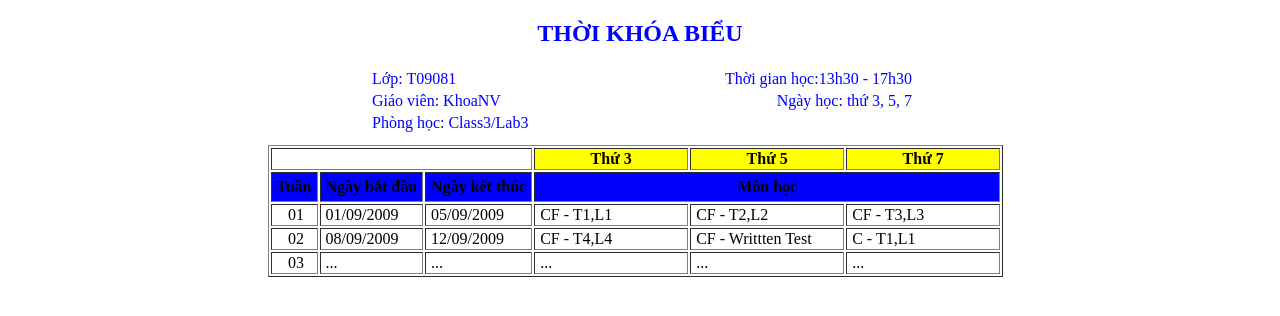
Repository: Lehuyhuynh/BT1-HTML
Page: index.html
These files come from the project's save history. The page is drawn as it stood at one moment and after the next save; the edit follows.
The browser window is 1280 px wide. The pictures show the whole page.

Above is the page before, as saved 2023-08-06 22:24:56.

After the next save:
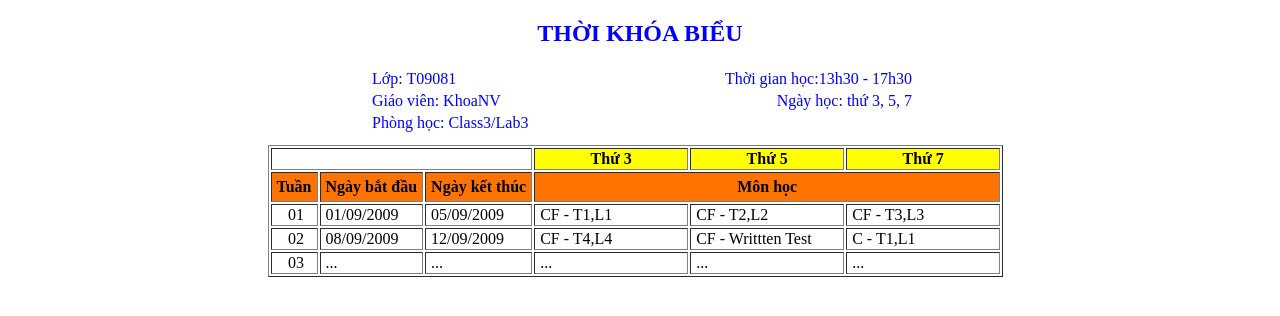
Saved 6 s later.
--- a/index.html
+++ b/index.html
@@ -76,7 +76,7 @@
             <th id="rank">Thứ 7</th>
           </tr>
 
-          <tr style="background-color: blue;">
+          <tr style="background-color: rgb(255, 115, 0);">
             <th id="week">Tuần</th>
             <th id="extended-time">Ngày bắt đầu</th>
             <th id="extended-time">Ngày kết thúc</th>
